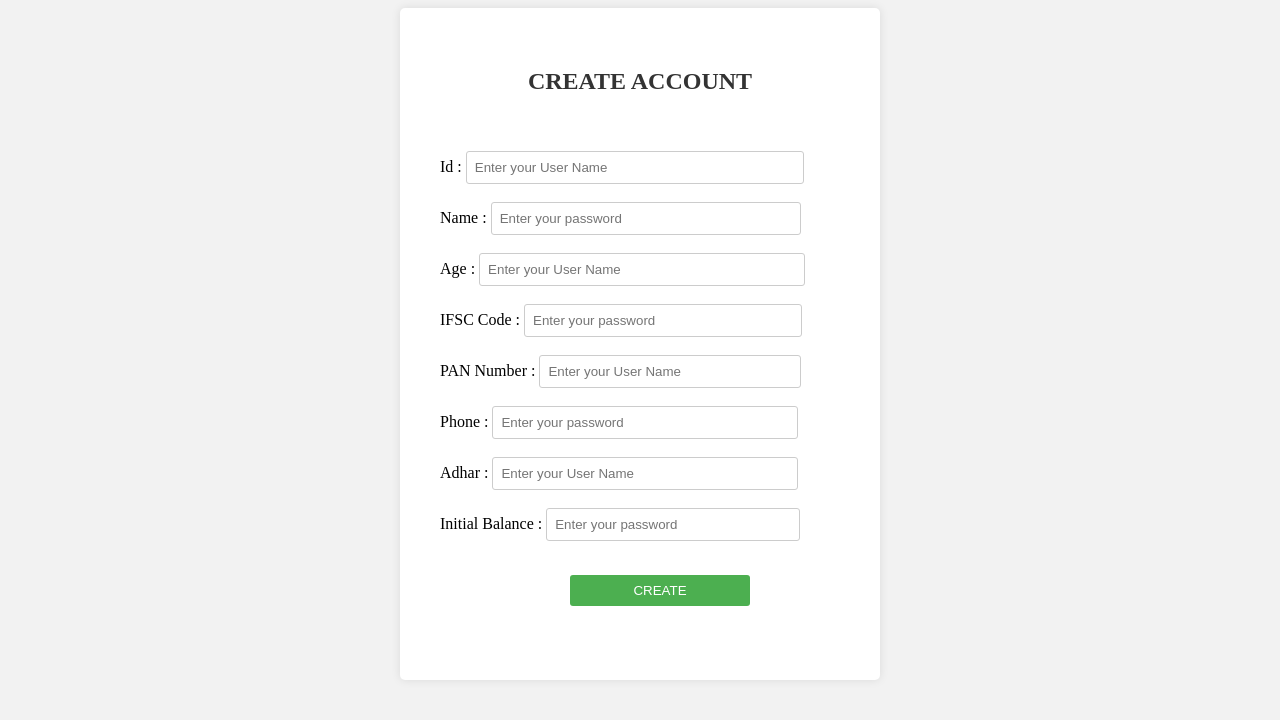
Repository: mansistic-0n3/Java_IGT
Page: Java Project/BankJSP/src/main/webapp/WEB-INF/create.html
These files come from the project's save history. The page is drawn as it stood at one moment and after the next save; the edit follows.
The browser window is 1280 px wide. The pictures show the whole page.

Above is the page before, as saved 2023-06-28 20:39:04.

After the next save:
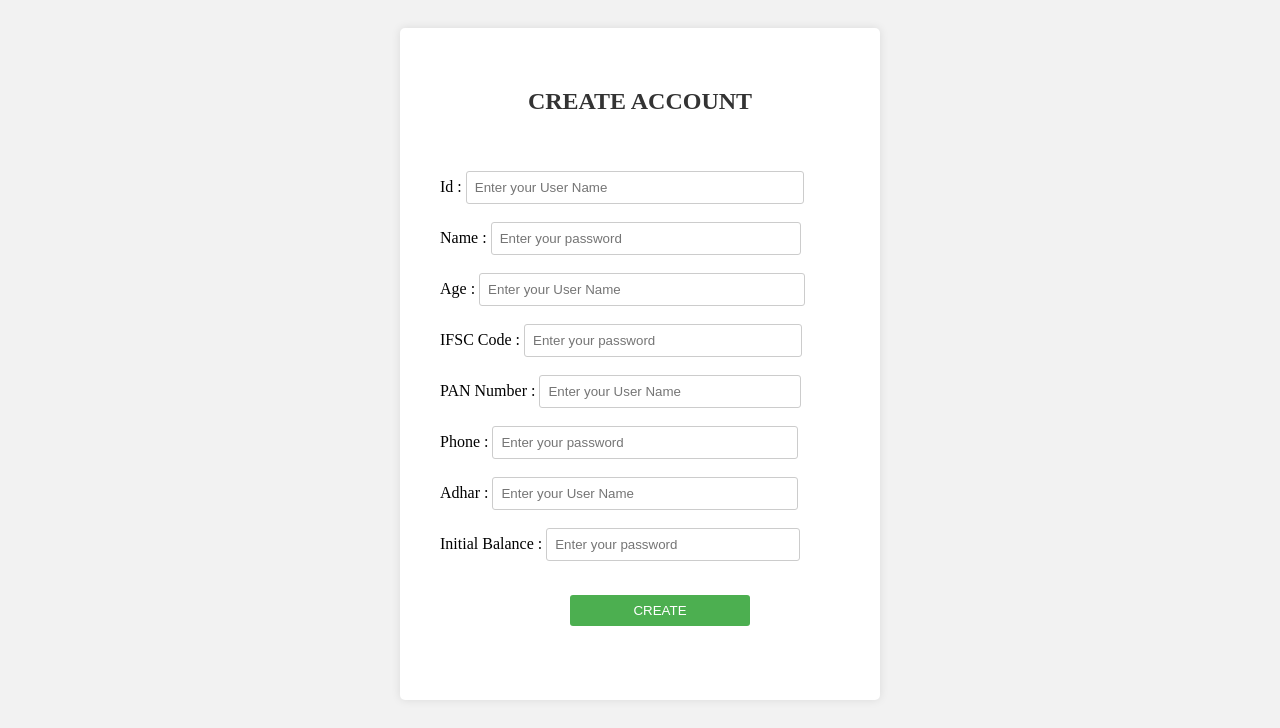
Saved 39 s later.
--- a/Java Project/BankJSP/src/main/webapp/WEB-INF/create.html
+++ b/Java Project/BankJSP/src/main/webapp/WEB-INF/create.html
@@ -3,7 +3,7 @@
 <head>
   <title>Registration Form</title>
 </head>
-<body style="background-color: #f2f2f2; ">
+<body style="background-color: #f2f2f2; padding:20px">
   <div style="max-width: 400px; margin: 0 auto; padding: 40px; background-color: #ffffff; border-radius: 5px; box-shadow: 0 0 10px rgba(0, 0, 0, 0.1);">
     <h2 style="text-align: center; color: #333333;">CREATE ACCOUNT</h2>
     <form action="register">
